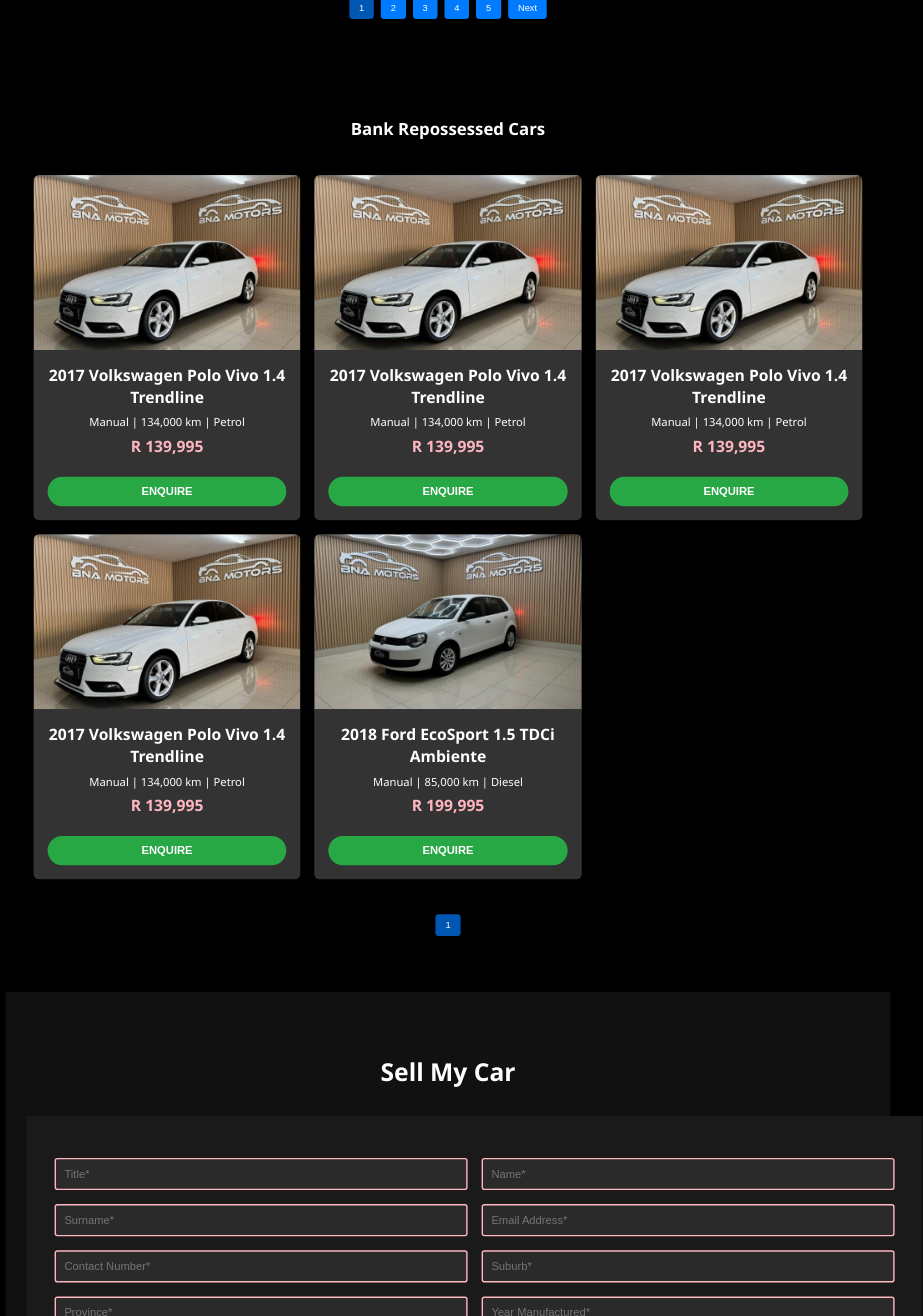
Repository: The-man-of-books/BNA2
Page: index.html
These files come from the project's save history. The page is drawn as it stood at one moment and after the next save; the edit follows.
The browser window is 1280 px wide. The page is 1318 px wide, so the pictures cover 1318 px, including what lies to the right of the window. The pictures show the part of the page from y = 2313 to 4193 px (the page is 10264 px tall before and 9751 px after), at 70% of full size.

Above is the page before, as saved 2025-07-03 00:09:38.

After the next save:
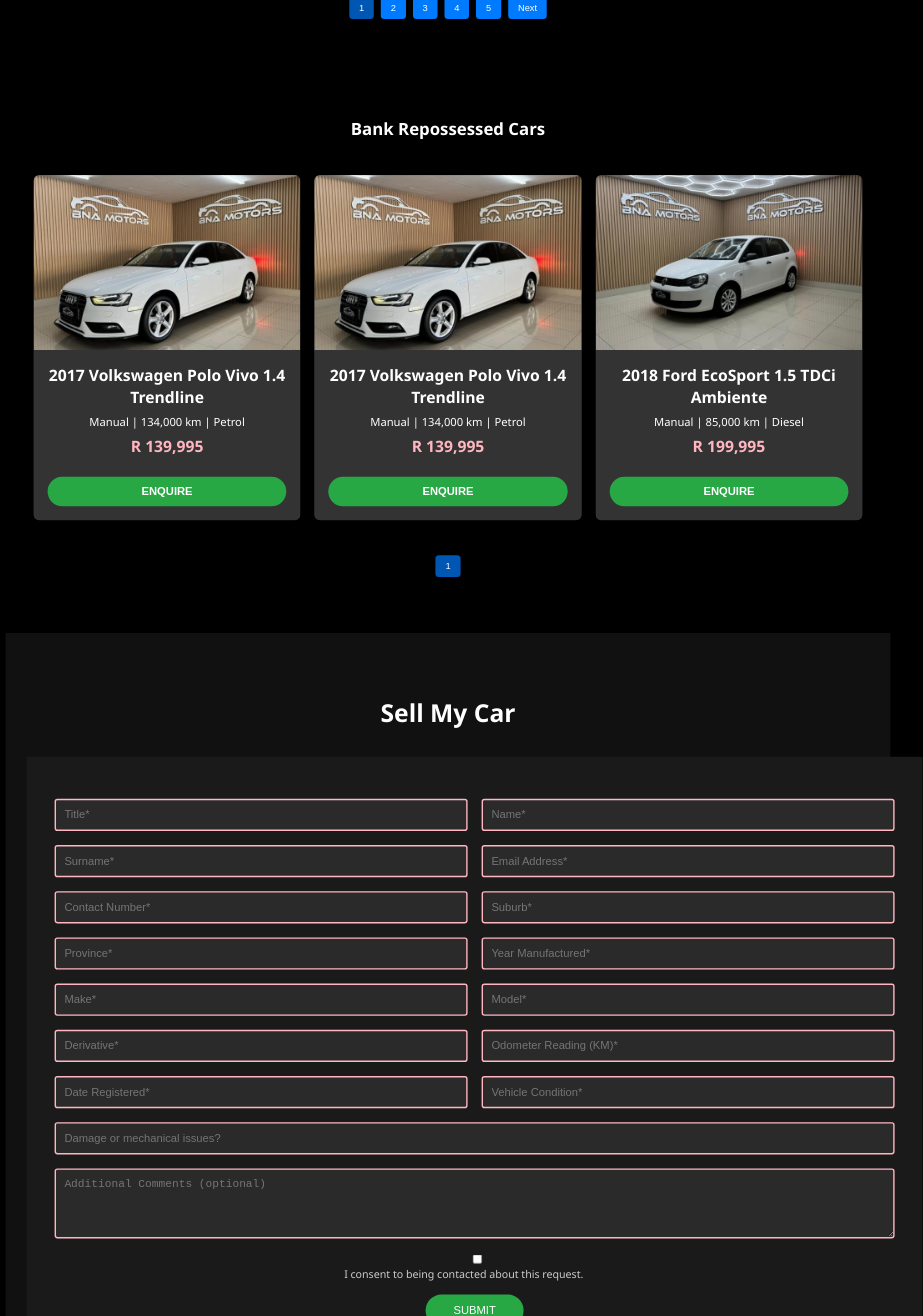
Saved 72 s later.
--- a/bank-repo-cars.json
+++ b/bank-repo-cars.json
@@ -1,16 +1,4 @@
 [
-  {
-    "title": "2017 Volkswagen Polo Vivo 1.4 Trendline",
-    "desc": "Manual | 134,000 km | Petrol",
-    "price": "R 139,995",
-    "image": "images/BNA9122-11.jpeg"
-  },
-  {
-    "title": "2017 Volkswagen Polo Vivo 1.4 Trendline",
-    "desc": "Manual | 134,000 km | Petrol",
-    "price": "R 139,995",
-    "image": "images/BNA9122-11.jpeg"
-  },
   {
     "title": "2017 Volkswagen Polo Vivo 1.4 Trendline",
     "desc": "Manual | 134,000 km | Petrol",
